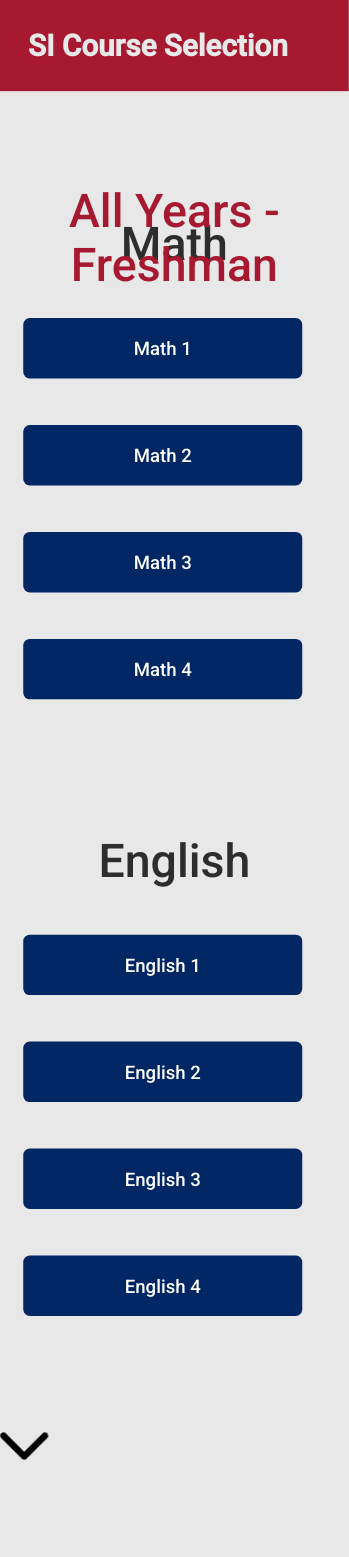
Repository: BuddyBob/si_course_selection
Page: /#/yearTwo
These files come from the project's save history. The page is drawn as it stood at one moment and after the next save; the edit follows.
The browser window is 375 px wide. The pictures show the whole page, at 93% of full size.
The project was rebuilt for these pictures with package versions that can differ from the ones it lists, and the page was loaded fresh each time. Also part of the build but not shown: src/components/CurrentYear.js, src/getLocalStorage.js, src/Home.js, src/components/AllYears/YearFour.js, src/components/AllYears/YearOne.js, src/components/AllYears/YearThree.js.

Above is the page before, as saved 2023-01-04 09:47:58.

### public/index.html
<!DOCTYPE html>
<html lang="en">
  <head>
    <meta charset="utf-8" />
    <link rel="icon" href="%PUBLIC_URL%/favicon.ico" />
    <meta name="viewport" content="width=device-width, initial-scale=1" />
    <meta name="theme-color" content="#000000" />
    <meta
      name="description"
      content="Web site created using create-react-app"
    />
    <link rel="apple-touch-icon" href="%PUBLIC_URL%/logo192.png" />
    <link rel="manifest" href="%PUBLIC_URL%/manifest.json" />

    <link rel="preconnect" href="https://fonts.googleapis.com">
    <link rel="preconnect" href="https://fonts.gstatic.com" crossorigin>
    <link href="https://fonts.googleapis.com/css2?family=Open+Sans:wght@300;400&family=Roboto:wght@500&display=swap" rel="stylesheet">
    <title>React App</title>
  </head>
  <body>
    <noscript>You need to enable JavaScript to run this app.</noscript>
    <div id="root"></div>

  </body>
</html>

### src/index.js
import App from './App';
import React from 'react';
import ReactDOM from 'react-dom';
import { HashRouter as Router } from 'react-router-dom';

ReactDOM.render(<Router>< App /></Router>, document.getElementById("root"));

### src/App.js
import './index.css'

import {
    Route,
    Routes,
} from "react-router-dom";

import CurrentYear from "./components/CurrentYear";
import Home from "./Home";
import YearFour from "./components/AllYears/YearFour";
import YearOne from "./components/AllYears/YearOne";
import YearThree from "./components/AllYears/YearThree";
import YearTwo from "./components/AllYears/YearTwo";

export default function App() {
    return (
          <Routes>
            <Route  exact path='/' element={<Home/>} />
            <Route  exact path='/currentYear' element={<CurrentYear/>} />
            <Route  exact path='/yearOne' element={<YearOne/>} />
            <Route  exact path='/yearTwo' element={<YearTwo/>} />
            <Route  exact path='/yearThree' element={<YearThree/>} />
            <Route  exact path='/yearFour' element={<YearFour/>} />
          </Routes>
    );
  }

### src/index.css
:root {
  --background:#e8e8e8;
  --main:#002664;
  --secondary:#A61930;
  --highlight:#2D2D2D;
  --text:#2D2D2D;
}

*{
  padding: 0;
  margin: 0;
  box-sizing: border-box;
  cursor: default;
  font-family: 'Open Sans', sans-serif;
  font-family: 'Roboto', sans-serif;
}

body{
  background: var(--background);
  overflow-x: hidden;
}


.main-container{
/* center */
  display: flex;
  flex-direction: column;
  justify-content: center;
  align-items: center;
  width: 100%;
  height: 100%;
  margin: auto;
}

.sub-container{
  display: flex;
  flex-direction: row;
}



.title{
  font-style: normal;
  font-size: 90px;
  color: var(--secondary);
  font-weight: 500px;
  /* center text to page; */
  margin: auto;
  width: 50%;
  text-align: center;
  position: relative;
  top: 100px;


}

@media screen and (max-width: 1150px) {
  .sub-container{
    flex-direction: column;
  }
  .title{
    font-size: 60px;
    width: 80%;
    text-align: center;
  }

}

select {
  border: #002664 1px solid;
  border-radius: 7px;
  background: #002664;
  width: 300px;
  height: 80px;/*Width of select dropdown to give space for arrow image*/
  color: #FFF;
  text-align: center;
  font-size: 25px;
  font-weight: 20px;
  margin: 50px;

}


.pg1dd{
  display: flex;
  flex-direction: column;
  justify-content: center;
  align-items: center;
  width: 100%;
  height: 100%;
  margin: auto;
  position: relative;
  top: 200px;

}



.arrow1{

  /* center content */
  display: flex;
  flex-direction: column;
  justify-content: center;
  align-items: center;
  position: relative;
  top: 100px

}


.arrow1:hover{
  animation: arrow1 1s infinite;
  color: var(--secondary);
  cursor: pointer;
}

.bounce {
  animation: bounce 3s infinite;
}

@keyframes bounce {
  0%, 20%, 50%, 80%, 100% {
      -moz-transform: translateY(0);
      -ms-transform: translateY(0);
      -webkit-transform: translateY(0);
      transform: translateY(0);
    }
    40% {
      -moz-transform: translateY(-10px);
      -ms-transform: translateY(-10px);
      -webkit-transform: translateY(-10px);
      transform: translateY(-10px);
    }
    40% {
      -moz-transform: translateY(-30px);
      -ms-transform: translateY(-30px);
      -webkit-transform: translateY(-30px);
      transform: translateY(-30px);
    }
    60% {
      -moz-transform: translateY(-15px);
      -ms-transform: translateY(-15px);
      -webkit-transform: translateY(-15px);
      transform: translateY(-15px);
    }
}

### src/components/AllYears/YearTwo.js
import '../courseSelection.css'

import React, {useEffect, useState} from 'react'

import arrow from '../../assets/Arrow 5.png'
import courseData from '../../assets/courses.json'
import { useNavigate } from "react-router-dom";

export default function Yeartwo() {
  let navigate = useNavigate();
  const [grade, setGrade] = useState(localStorage.getItem('grade'));
  let grades = Object.keys(courseData)
  let nextGrade = grades[Object.keys(courseData).indexOf(grade)+1]
  let subjects = courseData[nextGrade].subjects
  let courses = courseData[nextGrade].classes



function courseSelect(e) {
  let userCourse = e.target.innerHTML
  let userSubject = e.target.value


}

function nextPage() {
    //make sure not a senior
  if (grade !== "Junior"){
    navigate("/yearthree");
  }
  else{
    navigate("/ThisIsTheResultsPage");
  }
}

    return (
    <div>
        <div className="Headers">
          <div className="Nav">
            <h1 className="navCourseSelect" >SI Course Selection</h1>
          </div>
          <h1 className="titleCourseSelect" >All Years - {nextGrade} </h1>
        </div>


        <div className="courseSelect">
          {subjects.map((subject, index) => (
            <div key={index}>
              <h2 className="subject">{subject}</h2>
              <div className="courses">
              {courses[subject].map((course, index) => (
                <div key={index}>
                    <button value={subject} className="course_btn" onClick={(e) => courseSelect(e)}>{course}</button>
                </div>
              ))}
              </div>
            </div>
          ))}
            <input type="image" src={arrow} alt="arrow2" className="arrow2 bounce2" onClick={() => nextPage()}/>
        </div>

    </div>
  )
}

### src/components/courseSelection.css
:root {
    --background:#e8e8e8;
    --main:#002664;
    --secondary:#A61930;
    --highlight:#2D2D2D;
    --text:#2D2D2D;
  }

.Nav{
  background-color: var(--secondary);
  padding: 30px;
}
.navCourseSelect{
  color: var(--background);
  font-weight: 100px;

}
.titleCourseSelect{
    font-style: normal;
    font-size: 70px;
    font-weight: 400;
    color: var(--secondary);

    /* center text to page; */
    margin: auto;
    width: 40%;
    text-align: center;

    position: relative;
    top: 100px;


}

@media screen and (max-width: 600px) {
  .titleCourseSelect{
    font-size: 50px;
    width: 80%;
  }
}

}


.courseSelect{
    position: relative;
    top: 200px;
    margin: auto;
    text-align: center;
}
.subject{
    color: var(--text);
    margin: auto;
    text-align: center;
    font-size: 50px;
    font-weight:200;
    padding-top: 20px;

  }

  .courses{
    position: relative;
    margin-bottom: 100px;
    margin-top:25px;

  }

.course_btn{
    border: #002664 0px solid;
    border-radius: 7px;
    background: #002664;
    width: 300px;
    height: 65px;/*Width of select dropdown to give space for arrow image*/
    color: #FFF;
    text-align: center;
    font-size: 20px;
    font-weight: 30px;
    margin: 25px;
}

.course_btn:hover{
    background: var(--secondary);
    color: #FFF;
    cursor: pointer;
}

.course_btn_selected{
  background: #A61930;
  color: #FFF;
  cursor: pointer;
}

.arrow2{
  justify-content: center;
  align-items: center;
  position: relative;
  top: 0px;
  right: 0%;
  margin-bottom:100px;
}


.arrow2:hover{
  animation: arrow1 1s infinite;
  color: var(--secondary);
  cursor: pointer;
}

.bounce2 {
  animation: bounce 3s infinite;
}

@keyframes bounce2 {
  0%, 20%, 50%, 80%, 100% {
      -moz-transform: translateY(0);
      -ms-transform: translateY(0);
      -webkit-transform: translateY(0);
      transform: translateY(0);
    }
    40% {
      -moz-transform: translateY(-10px);
      -ms-transform: translateY(-10px);
      -webkit-transform: translateY(-10px);
      transform: translateY(-10px);
    }
    40% {
      -moz-transform: translateY(-30px);
      -ms-transform: translateY(-30px);
      -webkit-transform: translateY(-30px);
      transform: translateY(-30px);
    }
    60% {
      -moz-transform: translateY(-15px);
      -ms-transform: translateY(-15px);
      -webkit-transform: translateY(-15px);
      transform: translateY(-15px);
    }
}

### src/assets/courses.json
{
    "Freshman":{
        "subjects":[
            "Math",
            "English"
        ]
        ,
        "classes":{
            "Math":[
                "Math 1",
                "Math 2",
                "Math 3",
                "Math 4"
            ],
            "English":[
                "English 1",
                "English 2",
                "English 3",
                "English 4"
            ]

        }
    },
    "Sophomore":{
        "subjects":[
            "Math",
            "English"
        ]
        ,
        "classes":{
            "Math":[
                "Math 2",
                "Math 3",
                "Math 4",
                "Math 5"
            ],
            "English":[
                "English 2",
                "English 3",
                "English 4",
                "English 5"
            ]

        }
    }
    ,
    "Junior":{
        "subjects":[
            "Math",
            "English"
        ]
        ,
        "classes":{
            "Math":[
                "Math 3",
                "Math 4",
                "Math 5",
                "Math 6"
            ],
            "English":[
                "English 3",
                "English 4",
                "English 5",
                "English 6"
            ]

        }
    },
    "Senior":{
        "subjects":[
            "Math",
            "English"
        ]
        ,
        "classes":{
            "Math":[
                "Math 4",
                "Math 5"
            ],
            "English":[
                "English 4",
                "English 5",
                "English 6"
            ]

        }
    }
}

After the next save:
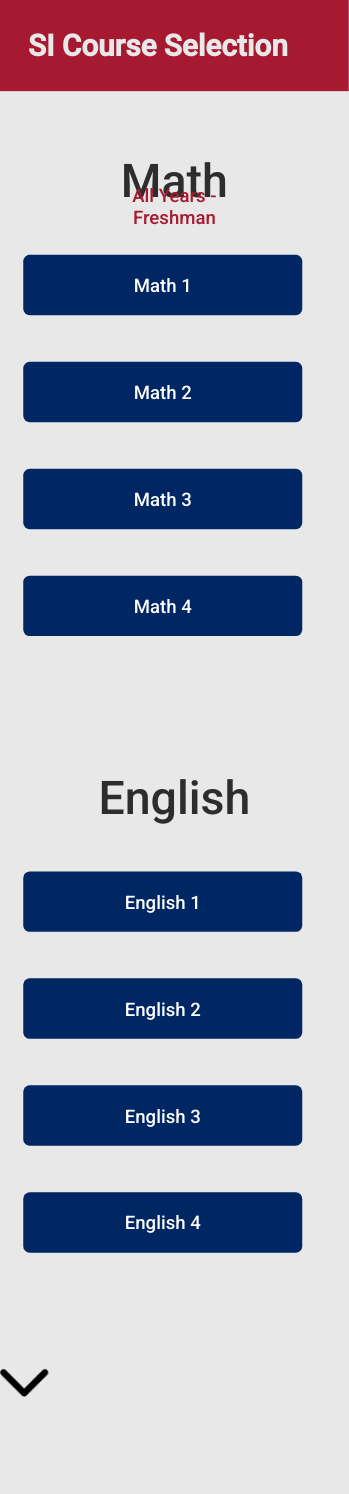
Saved 9 s later.
--- a/src/components/courseSelection.css
+++ b/src/components/courseSelection.css
@@ -34,8 +34,7 @@
 
 @media screen and (max-width: 600px) {
   .titleCourseSelect{
-    font-size: 50px;
-    width: 80%;
+    font-size: 20px;
   }
 }
 
